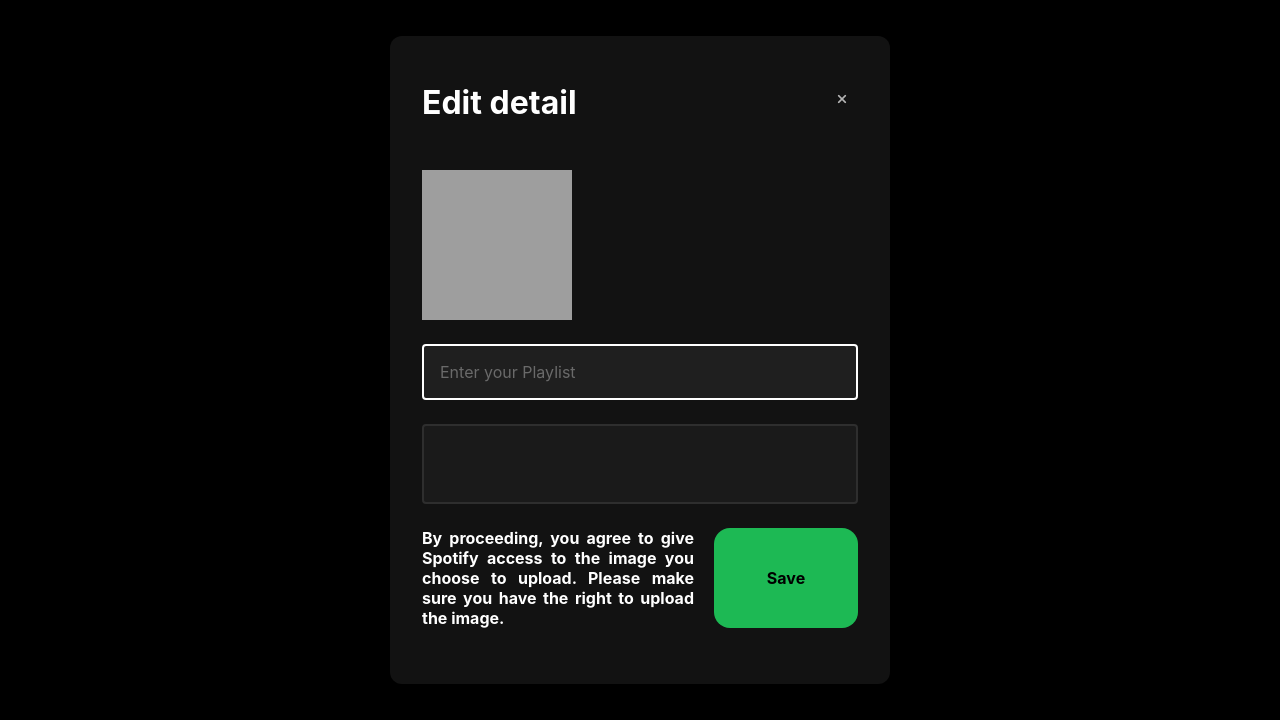
Repository: lannguyen1301/f8-zoom-module2
Page: nhap.html
These files come from the project's save history. The page is drawn as it stood at one moment and after a run of saves; the edit follows.
The browser window is 1280 px wide. The pictures show the whole page.
Pictures or frames that could not be fetched are drawn as grey boxes.

Above is the page before, as saved 2025-08-15 23:27:53.

### nhap.html
<!DOCTYPE html>
<html lang="en">

<head>
    <meta charset="UTF-8" />
    <meta name="viewport" content="width=device-width, initial-scale=1.0" />
    <title>Đen - Spotify</title>
    <!-- Font Awesome CDN -->
    <link rel="stylesheet" href="https://cdnjs.cloudflare.com/ajax/libs/font-awesome/6.5.1/css/all.min.css" />
    <link rel="stylesheet" href="css/reset.css" />
    <link rel="stylesheet" href="css/variables.css" />
    <link rel="stylesheet" href="css/components.css" />
    <link rel="stylesheet" href="css/layout.css" />
    <link rel="stylesheet" href="css/tooltips.css" />
    <link rel="stylesheet" href="css/responsive.css" />
    <style>
        .modal-container.modal-content-edit {

            max-width: 500px;
        }

        .header-edit {
            display: flex;
            align-items: center;
            justify-content: space-between;
            margin-bottom: 48px;
            position: relative;
        }

        .modal-heading.header-edit-title {
            margin-bottom: 0;
        }

        .modal-close.modal-close-edit {
            position: absolute;
            top: 0;
            right: 0;


        }

        .profile-group {
            display: block;
            width: 150px;
            height: 150px;
            border-radius: 50%;
        }

        .profile-group .profile-img {
            display: block;
            width: 100%;
            height: 100%;
            object-fit: cover;
        }

        .input-profile {
            display: none;
        }

        .form-group .editor {
            height: auto;
            min-height: 80px;
            width: 100%;
            padding: var(--spacing-md);
            border: 2px solid var(--border-color);
            border-radius: var(--radius-sm);
            background-color: var(--bg-tertiary);
            color: var(--text-primary);
            font-size: 16px;
        }

        .editor::placeholder {
            color: var(--text-muted);
        }


        /* footer group */
        .footer-group {
            display: flex;
            gap: 20px;
        }

        .footer-group-desc {
            font-size: 16px;
            font-weight: bold;
            text-align: justify;
        }
    </style>
</head>

<body>
    <div class="modal-overlay show" id="authModal">
        <div class="modal-container modal-content-edit">


            <div class="modal-content">
                <!-- <div class="modal-logo">
                    <i class="fab fa-spotify"></i>
                </div> -->

                <!-- Sign Up Form -->
                <div class="auth-form" id="signupForm" style="display: block;">
                    <div class="header-edit">
                        <h1 class="modal-heading header-edit-title">
                            Edit detail
                        </h1>
                        <button class="modal-close modal-close-edit" id="modalClose">
                            <i class="fas fa-times"></i>
                        </button>
                    </div>
                    <form class="auth-form-content">
                        <!-- Avatar -->
                        <div class="form-group">
                            <label for="profile" class="profile-group">
                                <img src="./assets/img/avatar-icon.png" alt="" class="profile-img">
                            </label>
                            <input type="file" name="profile" id="profile" class="input-profile" multiple required
                                accept="image/*" autofocus readonly>
                        </div>

                        <!-- My Playlist -->
                        <div class="form-group">
                            <!-- <label for="name">Display Name</label> -->
                            <input type="text" name="name" id="name" class="form-input" maxlength="20" minlength="5"
                                pattern="[" size="30" placeholder="Enter your Playlist" autocomplete="on"
                                spellcheck="false" autofocus="">
                        </div>

                        <!-- textarea -->
                        <div class="form-group">
                            <label for="editor" onclick="editor.focus()" hidden>Nội dung</label>
                            <div id="editor" class="editor" contenteditable="" placeholder="Nhập nội dung..."
                                name="content" oninput="content.innerHTML = this.innerHTML"></div>
                            <textarea id="content" name="content" hidden=""></textarea>
                        </div>

                        <div class="footer-group">
                            <p class="footer-group-desc">By proceeding, you agree to give Spotify access to the image
                                you choose to upload. Please
                                make sure you have the right to upload the image.</p>
                            <button type="submit" class="auth-submit-btn auth-footer-group">
                                Save
                            </button>
                        </div>
                    </form>
                </div>

                <!-- Login Form -->
                <div class="auth-form" id="loginForm" style="display: none">
                    <h1 class="modal-heading">Log in to Spotify</h1>

                    <form class="auth-form-content">
                        <div class="form-group">
                            <input type="email" placeholder="Email address" class="form-input" id="loginEmail">
                            <div class="error-message">
                                <i class="fas fa-info-circle"></i>
                                <span>Please enter a valid email
                                    address</span>
                            </div>
                        </div>

                        <div class="form-group">
                            <input type="password" placeholder="Password" class="form-input" id="loginPassword">
                            <div class="error-message">
                                <i class="fas fa-info-circle"></i>
                                <span>Please enter your password</span>
                            </div>
                        </div>

                        <button type="submit" class="auth-submit-btn">
                            Log In
                        </button>
                    </form>

                    <div class="auth-switch">
                        <span>Don't have an account? </span>
                        <button class="auth-link" id="showSignup">
                            Sign up here
                        </button>
                    </div>
                </div>
            </div>
        </div>
    </div>
    <!-- <script src="main.js" type="module"></script> -->
    <!-- <script src="main.js" type="module"></script> -->
</body>

</html>

### css/reset.css
/* Reset CSS */
* {
    margin: 0;
    padding: 0;
    box-sizing: border-box;
}

html,
body {
    height: 100%;
    font-family: "Circular", -apple-system, BlinkMacSystemFont, "Segoe UI",
        Roboto, Oxygen, Ubuntu, Cantarell, sans-serif;
    background-color: var(--bg-primary);
    color: var(--text-primary);
    overflow: hidden;
}

button {
    border: none;
    background: none;
    cursor: pointer;
    font-family: inherit;
}

input {
    border: none;
    outline: none;
    font-family: inherit;
}

img {
    display: block;
    max-width: 100%;
    height: auto;
}

a {
    text-decoration: none;
    color: inherit;
}

ul,
ol {
    list-style: none;
}

/* Font Awesome icon base styles */
i {
    display: inline-block;
    font-style: normal;
}

### css/variables.css
/* CSS Variables */
:root {
    /* Colors */
    --bg-primary: #000000;
    --bg-secondary: #121212;
    --bg-tertiary: #1a1a1a;
    --bg-hover: #1f1f1f;
    --bg-active: #2a2a2a;

    --text-primary: #ffffff;
    --text-secondary: #b3b3b3;
    --text-muted: #6a6a6a;

    --accent-primary: #1db954;
    --accent-hover: #1ed760;
    --accent-active: #169c46;

    --border-color: #2e2e2e;
    --shadow: rgba(0, 0, 0, 0.5);

    /* Spacing */
    --spacing-xs: 4px;
    --spacing-sm: 8px;
    --spacing-md: 16px;
    --spacing-lg: 24px;
    --spacing-xl: 32px;
    --spacing-2xl: 48px;

    /* Border radius */
    --radius-sm: 4px;
    --radius-md: 8px;
    --radius-lg: 12px;
    --radius-xl: 16px;
    --radius-full: 50%;

    /* Transitions */
    --transition-fast: 0.15s ease;
    --transition-normal: 0.3s ease;
    --transition-slow: 0.5s ease;

    /* Z-index */
    --z-sidebar: 10;
    --z-header: 20;
    --z-player: 30;
    --z-modal: 40;
    --z-tooltip: 50;
}

### css/layout.css
/* Layout Styles */

.app-container {
    display: grid;
    grid-template-areas:
        "sidebar main"
        "player player";
    grid-template-columns: 280px 1fr;
    grid-template-rows: 1fr 72px;
    height: 100vh;
    gap: var(--spacing-sm);
    padding: var(--spacing-sm);
    background-color: var(--bg-primary);
}

/* Sidebar */
.sidebar {
    grid-area: sidebar;
    background-color: var(--bg-secondary);
    border-radius: var(--radius-md);
    padding: var(--spacing-lg);
    overflow-y: auto;
    z-index: var(--z-sidebar);
}

.sidebar-header {
    margin-bottom: var(--spacing-xl);
}

.logo i {
    font-size: 32px;
    color: var(--text-primary);
}

.sidebar-nav {
    display: flex;
    flex-direction: column;
    gap: var(--spacing-md);
}

.nav-section {
    display: flex;
    align-items: center;
    justify-content: space-between;
    margin-bottom: var(--spacing-md);
}

.nav-section .section-title {
    font-size: 16px;
    font-weight: 700;
    color: var(--text-secondary);
}

.nav-tabs {
    display: flex;
    gap: var(--spacing-sm);
    margin-bottom: var(--spacing-md);
}

.library-content {
    display: flex;
    flex-direction: column;
    gap: var(--spacing-xs);
}

/* Main Content */
.main-content {
    grid-area: main;
    background: linear-gradient(
        to bottom,
        #535353 0%,
        var(--bg-secondary) 250px
    );
    border-radius: var(--radius-md);
    display: flex;
    flex-direction: column;
    overflow: hidden;
}

.main-header {
    display: flex;
    align-items: center;
    justify-content: space-between;
    padding: var(--spacing-md) var(--spacing-lg);
    background-color: transparent;
    z-index: var(--z-header);
}

.search-container {
    flex: 1;
    display: flex;
    justify-content: flex-start;
    max-width: 420px;
}

.header-actions {
    display: flex;
    align-items: center;
    gap: var(--spacing-lg);
}

.auth-buttons {
    display: none;
    align-items: center;
    gap: var(--spacing-md);
}

.auth-buttons.show {
    display: flex;
}

.user-info {
    display: flex;
    align-items: center;
    /* justify-content: center; */
    gap: 8px;
}

.user-info.show {
    display: flex;
}

.content-wrapper {
    flex: 1;
    padding: 0 var(--spacing-lg) var(--spacing-lg);
    overflow-y: auto;
}

/* Player */
.player {
    grid-area: player;
    background-color: var(--bg-secondary);
    border-radius: var(--radius-md);
    padding: var(--spacing-md) var(--spacing-lg);
    display: flex;
    align-items: center;
    justify-content: space-between;
    z-index: var(--z-player);
    border-top: 1px solid var(--border-color);
}

.player-left {
    display: flex;
    align-items: center;
    gap: var(--spacing-md);
    min-width: 0;
    flex: 1;
    max-width: 300px;
}

.player-image {
    width: 56px;
    height: 56px;
    border-radius: var(--radius-sm);
    object-fit: cover;
}

.player-info {
    min-width: 0;
    flex: 1;
}

.player-title {
    font-size: 14px;
    font-weight: 400;
    color: var(--text-primary);
    white-space: nowrap;
    overflow: hidden;
    text-overflow: ellipsis;
    margin-bottom: 2px;
}

.player-artist {
    font-size: 11px;
    color: var(--text-secondary);
    white-space: nowrap;
    overflow: hidden;
    text-overflow: ellipsis;
}

.player-center {
    display: flex;
    flex-direction: column;
    align-items: center;
    gap: var(--spacing-sm);
    flex: 2;
    max-width: 722px;
}

.player-controls {
    display: flex;
    align-items: center;
    gap: var(--spacing-md);
}

.progress-container {
    display: flex;
    align-items: center;
    gap: var(--spacing-md);
    width: 100%;
}

.progress-bar {
    flex: 1;
}

.time {
    font-size: 11px;
    color: var(--text-secondary);
    min-width: 40px;
    text-align: center;
    font-weight: 400;
}

.player-right {
    display: flex;
    align-items: center;
    gap: var(--spacing-md);
    flex: 1;
    justify-content: flex-end;
    max-width: 300px;
}

.volume-container {
    display: flex;
    align-items: center;
    gap: var(--spacing-sm);
}

.volume-bar {
    width: 93px;
}

/* Scrollbar styling */
::-webkit-scrollbar {
    width: 12px;
}

::-webkit-scrollbar-track {
    background: transparent;
}

::-webkit-scrollbar-thumb {
    background: var(--bg-tertiary);
    border-radius: 6px;
    border: 2px solid transparent;
    background-clip: content-box;
}

::-webkit-scrollbar-thumb:hover {
    background: var(--bg-hover);
    background-clip: content-box;
}

### css/tooltips.css
.control-btn .tooltiptext {
    visibility: hidden;
    width: 120px;
    background-color: #555;
    color: #fff;
    text-align: center;
    border-radius: 6px;
    padding: 5px 0;
    position: absolute;
    z-index: 1;
    bottom: 125%;
    left: 50%;
    margin-left: -60px;
    opacity: 0;
    transition: opacity 0.3s;
}

.control-btn .tooltiptext::after {
    content: "";
    position: absolute;
    top: 100%;
    left: 50%;
    margin-left: -5px;
    border-width: 5px;
    border-style: solid;
    border-color: #555 transparent transparent transparent;
}

.control-btn:hover .tooltiptext {
    visibility: visible;
    opacity: 1;
}

### css/responsive.css
/* Responsive Styles */

/* Large Desktop */
@media (min-width: 1200px) {
    .artist-name {
        font-size: 96px;
    }

    .track-item {
        grid-template-columns: 16px 40px 4fr 1fr auto auto auto;
    }
}

/* Desktop */
@media (max-width: 1199px) and (min-width: 1024px) {
    .artist-name {
        font-size: 72px;
    }

    .track-item {
        grid-template-columns: 16px 40px 3fr 1fr auto auto auto;
    }
}

/* Tablet */
@media (max-width: 1023px) and (min-width: 768px) {
    .app-container {
        grid-template-columns: 240px 1fr;
    }

    .sidebar {
        padding: var(--spacing-md);
    }

    .artist-name {
        font-size: 48px;
    }

    .artist-hero {
        height: 280px;
    }

    .hero-content {
        bottom: var(--spacing-md);
        left: var(--spacing-md);
    }

    .track-item {
        grid-template-columns: 16px 40px 2fr auto auto auto;
        gap: var(--spacing-sm);
    }

    .track-plays {
        display: none;
    }

    .player-center {
        flex: 1.5;
    }

    .search-container {
        max-width: 300px;
    }
}

/* Mobile */
@media (max-width: 767px) {
    .app-container {
        grid-template-areas:
            "main"
            "player";
        grid-template-columns: 1fr;
        grid-template-rows: 1fr 72px;
        gap: 0;
        padding: 0;
    }

    .sidebar {
        display: none;
    }

    .main-content {
        border-radius: 0;
    }

    .main-header {
        padding: var(--spacing-md);
        flex-wrap: wrap;
        gap: var(--spacing-md);
    }

    .header-left {
        order: 1;
        flex: 0 0 auto;
    }

    .search-container {
        order: 3;
        flex: 1 1 100%;
        max-width: none;
    }

    .search-box {
        width: 100%;
    }

    .search-input {
        min-width: auto;
    }

    .artist-hero {
        height: 200px;
        margin: 0 -16px var(--spacing-md) -16px;
    }

    .hero-content {
        bottom: var(--spacing-sm);
        left: var(--spacing-sm);
    }

    .artist-name {
        font-size: 32px;
    }

    .monthly-listeners {
        font-size: 14px;
    }

    .content-wrapper {
        padding: 0 var(--spacing-md) var(--spacing-md);
    }

    .artist-controls {
        gap: var(--spacing-md);
        margin-bottom: var(--spacing-lg);
    }

    .play-btn-large {
        width: 48px;
        height: 48px;
    }

    .play-btn-large i {
        font-size: 20px;
    }

    .player-left {
        display: none;
    }

    .track-item {
        grid-template-columns: 16px 40px 1fr auto auto;
        gap: var(--spacing-sm);
        padding: var(--spacing-sm);
    }

    .track-plays {
        display: none;
    }

    .track-menu-btn {
        display: none;
    }

    .section-title {
        font-size: 20px;
    }

    .player {
        border-radius: 0;
        padding: var(--spacing-md);
        border-top: 1px solid var(--border-color);
    }

    .player-left {
        flex: 0 0 auto;
        min-width: 120px;
        max-width: 150px;
    }

    .player-image {
        width: 48px;
        height: 48px;
    }

    .player-info {
        max-width: 100px;
    }

    .player-title {
        font-size: 12px;
    }

    .player-artist {
        font-size: 10px;
    }

    .player-center {
        flex: 1;
        max-width: none;
    }

    .player-controls {
        gap: var(--spacing-sm);
    }

    .control-btn {
        width: 28px;
        height: 28px;
    }

    .control-btn i {
        font-size: 14px;
    }

    .play-btn {
        width: 32px;
        height: 32px;
    }

    .play-btn i {
        font-size: 14px;
    }

    .player-right {
        flex: 0 0 auto;
        gap: var(--spacing-sm);
        max-width: 120px;
    }

    .volume-container {
        display: none;
    }

    .progress-container {
        gap: var(--spacing-sm);
    }

    .time {
        font-size: 10px;
        min-width: 32px;
    }

    .pip-btn {
        display: none;
    }
}

/* Small Mobile */
@media (max-width: 480px) {
    .artist-name {
        font-size: 28px;
    }

    .verified-badge {
        font-size: 12px;
    }

    .verified-badge i {
        font-size: 14px;
    }

    .track-item {
        grid-template-columns: 16px 32px 1fr auto;
        gap: var(--spacing-xs);
    }

    .track-image img {
        width: 32px;
        height: 32px;
    }

    .track-name {
        font-size: 14px;
    }

    .track-duration {
        font-size: 12px;
    }

    .like-btn {
        display: none;
    }

    .player-left {
        min-width: 100px;
        max-width: 120px;
    }

    .player-info {
        max-width: 80px;
    }

    .player-right .control-btn:not(:nth-child(2)) {
        display: none;
    }

    .following-btn {
        font-size: 12px;
        padding: var(--spacing-xs) var(--spacing-sm);
    }
}

/* Hover states for touch devices */
@media (hover: none) {
    .like-btn,
    .track-menu-btn {
        opacity: 1;
    }

    .progress-handle,
    .volume-handle {
        opacity: 1;
    }
}

/* High DPI displays */
@media (-webkit-min-device-pixel-ratio: 2), (min-resolution: 192dpi) {
    .hero-image {
        image-rendering: -webkit-optimize-contrast;
        image-rendering: crisp-edges;
    }
}

/* Reduced motion */
@media (prefers-reduced-motion: reduce) {
    * {
        animation-duration: 0.01ms !important;
        animation-iteration-count: 1 !important;
        transition-duration: 0.01ms !important;
    }
}

/* Print styles */
@media print {
    .app-container {
        display: block;
    }

    .sidebar,
    .player {
        display: none;
    }

    .main-content {
        border-radius: 0;
        background: white;
        color: black;
    }

    .hero-overlay {
        display: none;
    }
}

Loaded but not shown: css/components.css (1104 lines, source omitted)

After the next 2 saves:
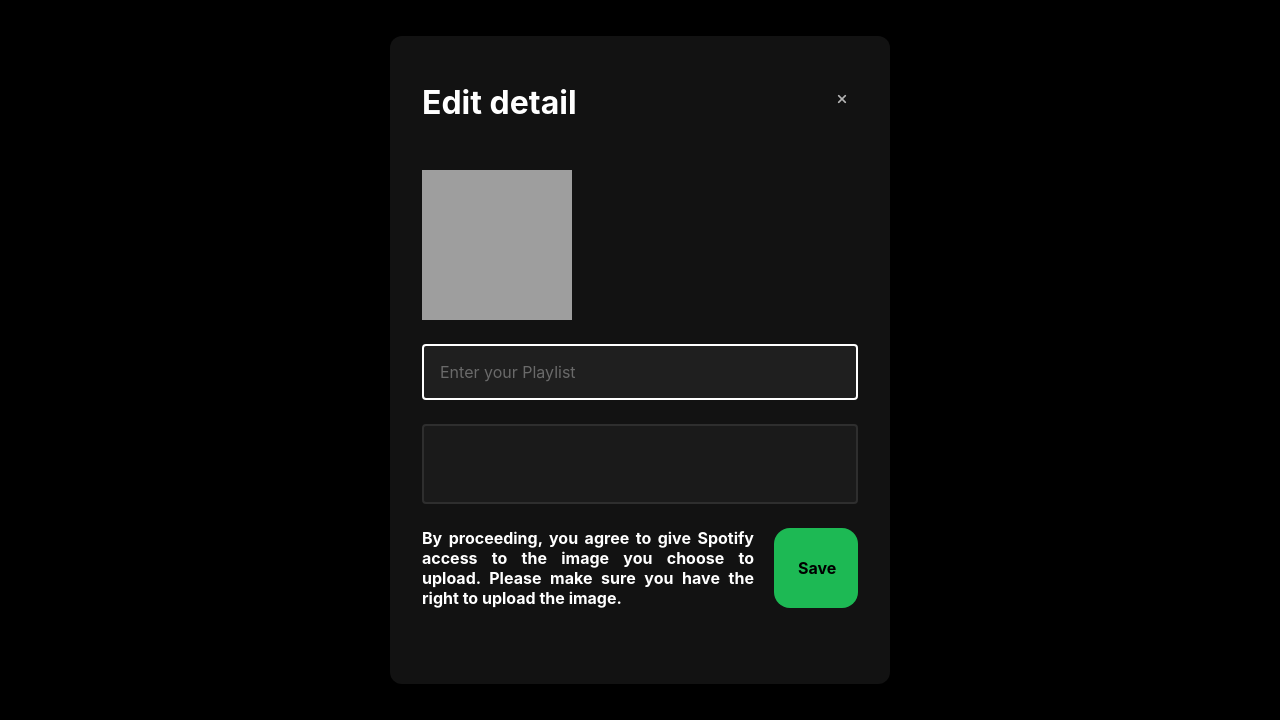
The 2 saves are shown as one change because they came seconds apart.
The last was saved 29 s later.
--- a/nhap.html
+++ b/nhap.html
@@ -84,6 +84,10 @@
             font-size: 16px;
             font-weight: bold;
             text-align: justify;
+        }
+
+        .auth-submit-btn.auth-footer-group {
+            max-width: 84px;
         }
     </style>
 </head>
